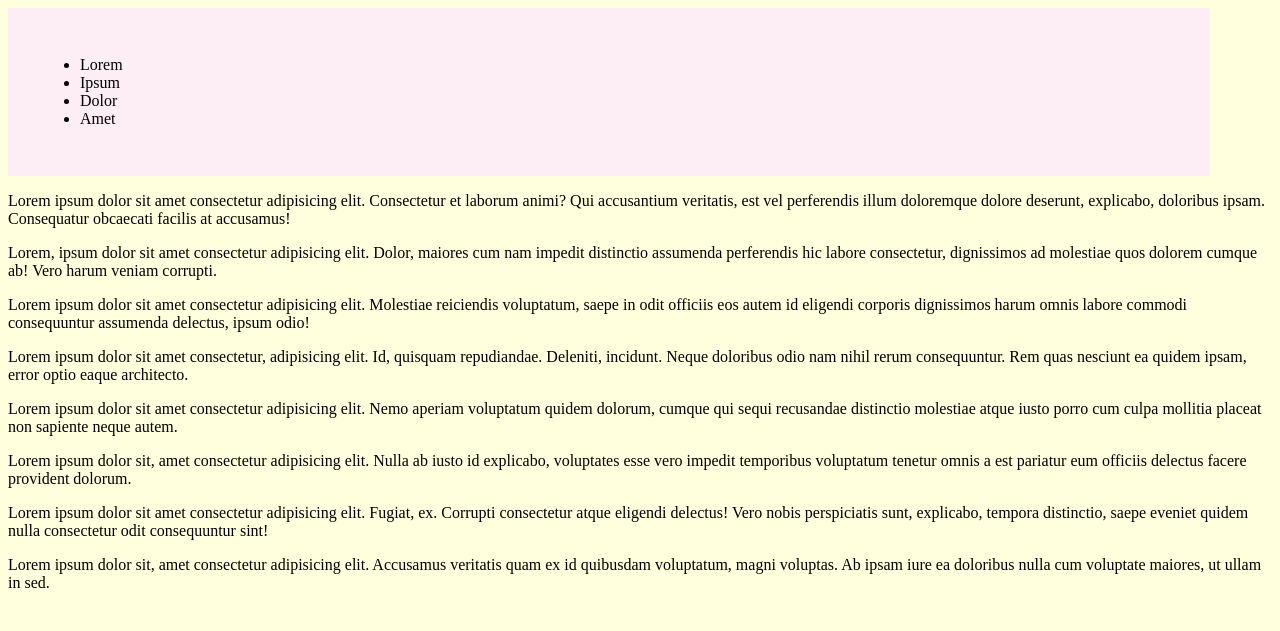
Repository: HTML-a-CSS-2/projekt-portfolio-Angelina555555
Page: .github/index.html
An editor plug-in stored every save of this project. The page is shown before and after the next save, followed by the edit.
The browser window is 1280 px wide. The pictures show the whole page.

Above is the page before, as saved 2022-05-07 22:10:48.

After the next save:
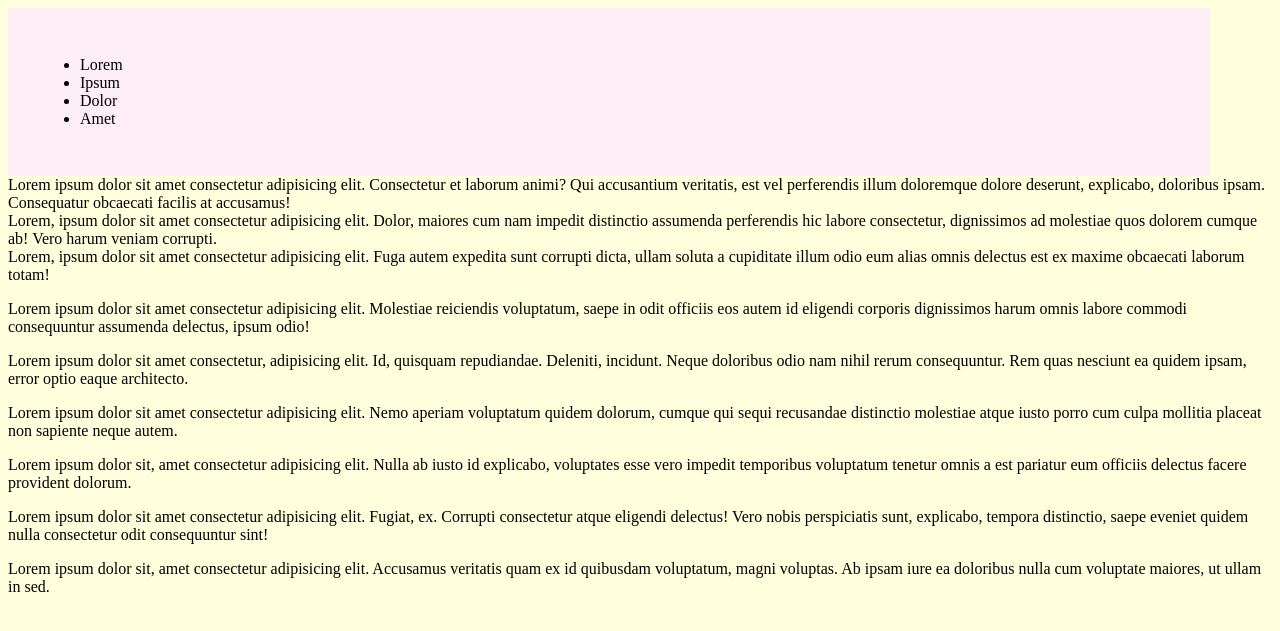
Saved 3 min 25 s later.
--- a/.github/index.html
+++ b/.github/index.html
@@ -16,20 +16,25 @@
         <li>Amet</li>
       </ul>
     </div>
-    <div class="article">
-      <p class="article__element-tri">
+    <section class="article">
+      <div class="article__jeden">
         Lorem ipsum dolor sit amet consectetur adipisicing elit. Consectetur et
         laborum animi? Qui accusantium veritatis, est vel perferendis illum
         doloremque dolore deserunt, explicabo, doloribus ipsam. Consequatur
         obcaecati facilis at accusamus!
-      </p>
-      <p class="article__element-ctry">
+      </div>
+      <div class="article__dva">
         Lorem, ipsum dolor sit amet consectetur adipisicing elit. Dolor, maiores
         cum nam impedit distinctio assumenda perferendis hic labore consectetur,
         dignissimos ad molestiae quos dolorem cumque ab! Vero harum veniam
         corrupti.
-      </p>
-    </div>
+      </div>
+      <div class="article__tri">
+        Lorem, ipsum dolor sit amet consectetur adipisicing elit. Fuga autem
+        expedita sunt corrupti dicta, ullam soluta a cupiditate illum odio eum
+        alias omnis delectus est ex maxime obcaecati laborum totam!
+      </div>
+    </section>
     <div class="print">
       <p class="print__element-pet">
         Lorem ipsum dolor sit amet consectetur adipisicing elit. Molestiae
